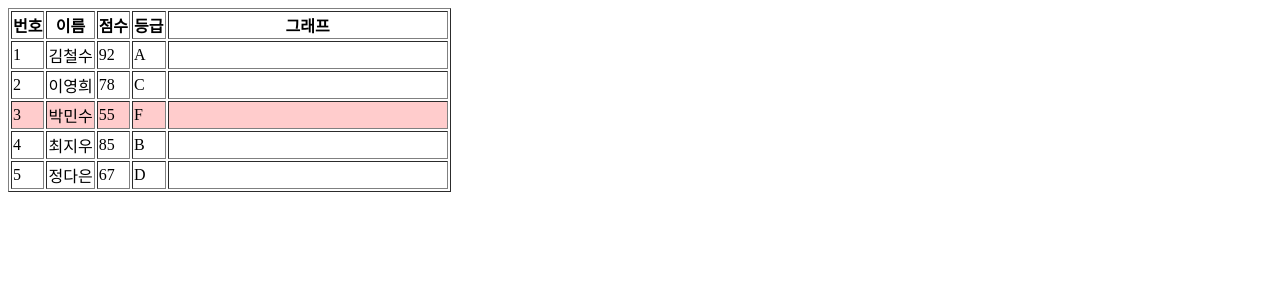
Repository: tldnwkd/jspclass2026
Page: http://localhost/chapter01/example_score.jsp
An editor plug-in stored every save of this project. The page is shown before and after the next save, followed by the edit.
The browser window is 1280 px wide. The pictures show the whole page.
The page is served by Tomcat 9.

Above is the page before, as saved 2026-10-16 05:51:07.

### chapter01/src/main/webapp/example_score.jsp
<%@ page language="java" contentType="text/html; charset=UTF-8"
    pageEncoding="UTF-8" import="java.util.*"%>
<!DOCTYPE html>
<html>
<head>
<meta charset="UTF-8">
<title>Insert title here</title>
</head>
<body>
	<%!
		String[] names = {"김철수", "이영희", "박민수", "최지우", "정다은"};
		int[] scores = {92, 78, 55, 85, 67};

		 public char getGrade(int score){
			 char result;
			 if(score>=90){
				 result = 'A';
			 }else if(score>=80){
				 result = 'B';
			 }else if(score>=70){
				 result = 'C';
			 }else if(score>=60){
				 result = 'D';
			 }else{
				 result = 'F';
			 }
			 return result;
		 };
	%>
	<table border="1">
	<tr>
	<th>번호</th><th>이름</th><th>점수</th><th>등급</th><th>그래프</th>
	</tr>
	<% for(int i=0; i<names.length; i++) {%>
		<tr style="background-color:<%= scores[i]<=60 ? "#ffcccc":"#ffffff"%>;">
			<td><%=i+1%></td>
			<td><%= names[i] %></td>
			<td><%=scores[i]%></td>
			<td><%= getGrade(scores[i]) %></td>
			<td><div style="width:<%=scores[i]*3%>px; background-color:dodgeblue; height:20px;"></div></td>
			</tr>
	<%} %>
	</table>
</body>
</html>

After the next save:
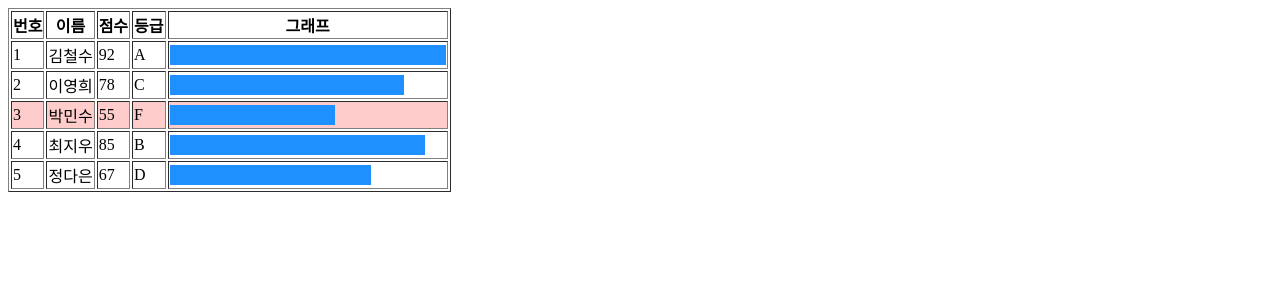
Saved 24 s later.
--- a/chapter01/src/main/webapp/example_score.jsp
+++ b/chapter01/src/main/webapp/example_score.jsp
@@ -37,7 +37,7 @@
 			<td><%= names[i] %></td>
 			<td><%=scores[i]%></td>
 			<td><%= getGrade(scores[i]) %></td>
-			<td><div style="width:<%=scores[i]*3%>px; background-color:dodgeblue; height:20px;"></div></td>
+			<td><div style="width:<%=scores[i]*3%>px; background-color:dodgerblue; height:20px;"></div></td>
 			</tr>
 	<%} %>
 	</table>
